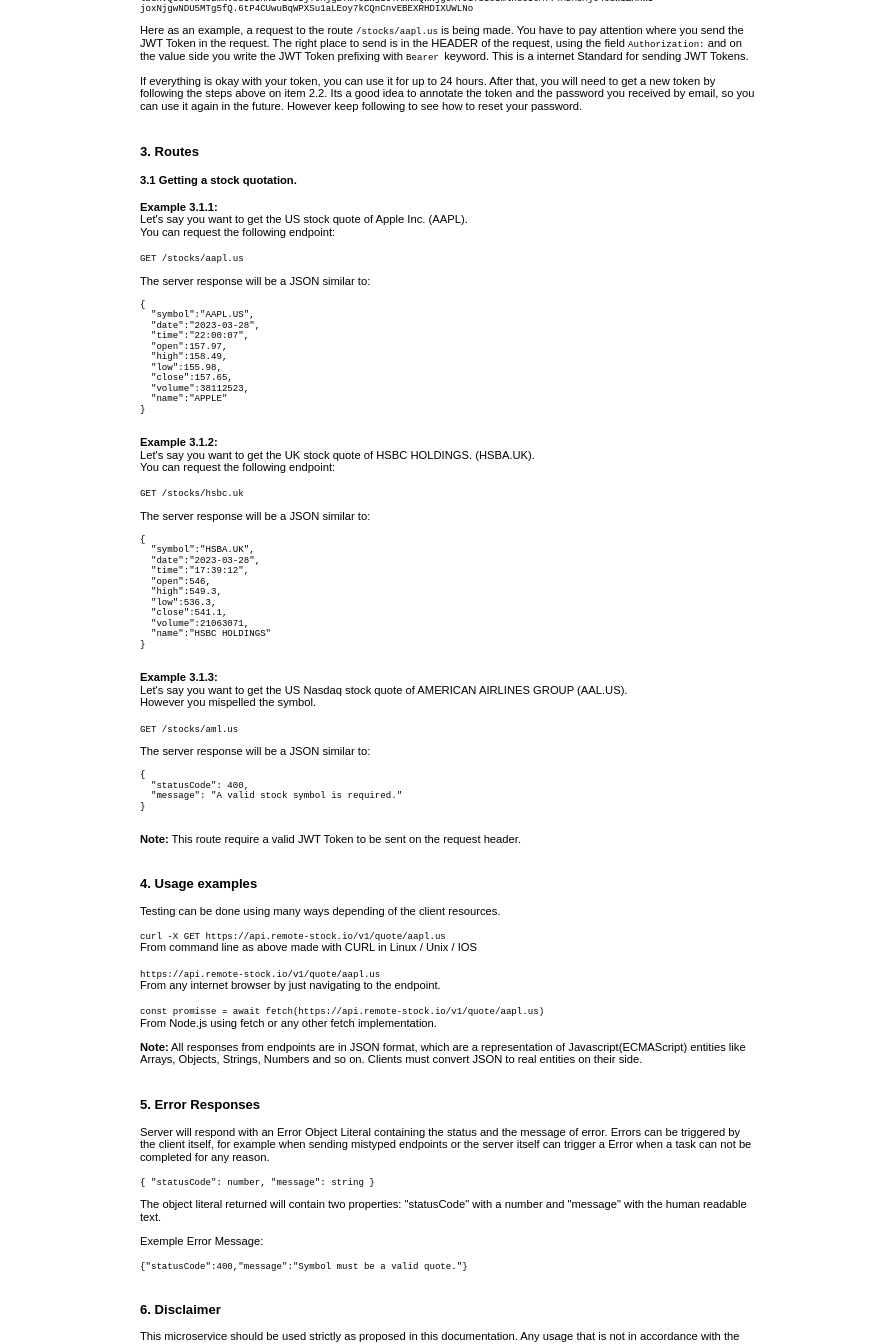
Repository: miguelamello/nest-js
Page: stock-service/documentation.html
The author's editor kept a copy of each file at every save. The page is drawn from the files as they stood at one save, then again after a run of saves.
The browser window is 1280 px wide. The pictures show the part of the page from y = 1383 to 3303 px (the page is 3418 px tall before and 3454 px after), at 70% of full size.

Above is the page before, as saved 2023-04-02 20:58:13.

After the next 4 saves:
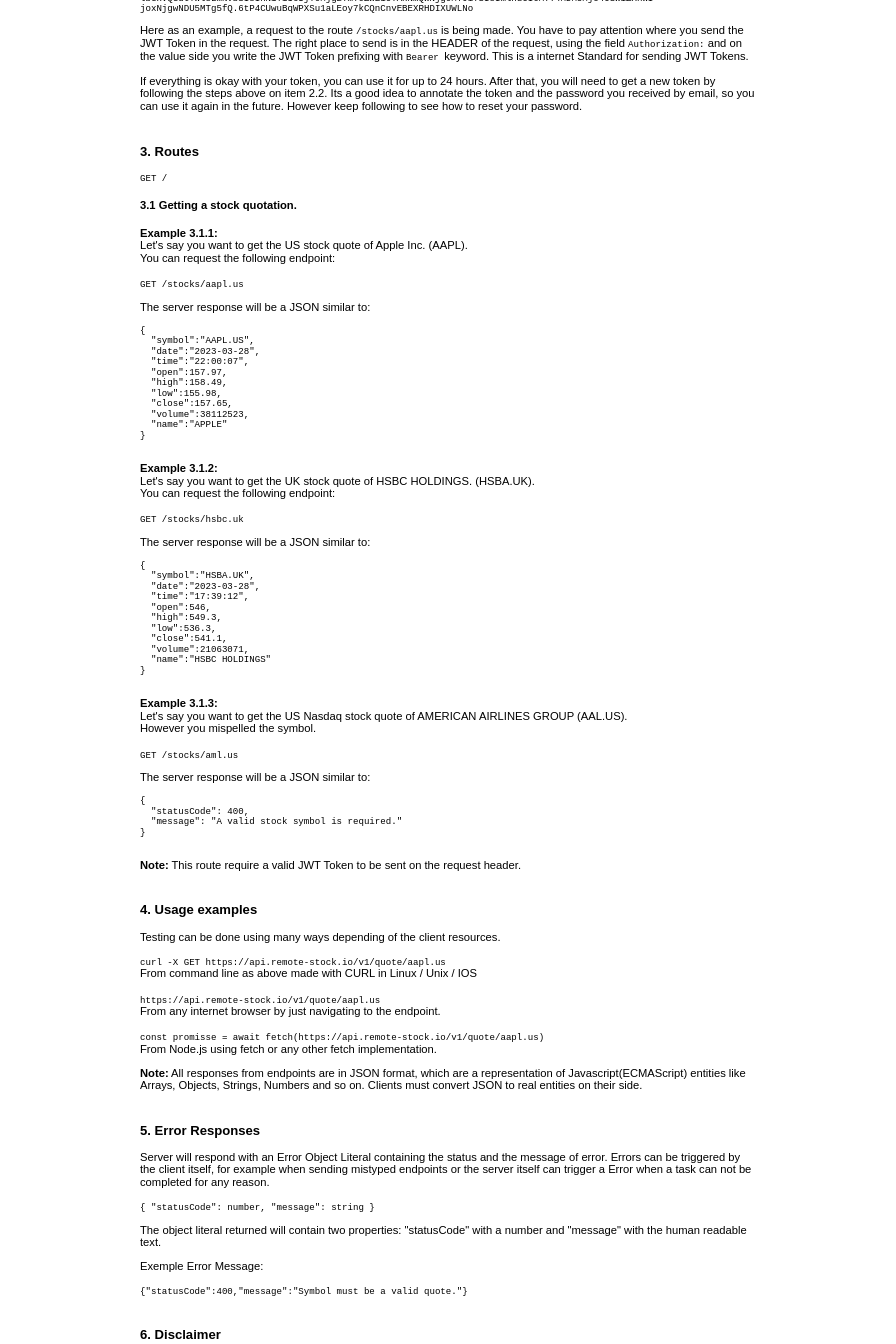
The 4 saves are shown as one change because they came seconds apart.
The last was saved 103 s later.
--- a/stock-service/documentation.html
+++ b/stock-service/documentation.html
@@ -136,6 +136,7 @@ joxNjgwNDU5MTg5fQ.6tP4CUwuBqWPXSu1aLEoy7kCQnCnvEBEXRHDIXUWLNo
 
   <h3>3. Routes</h3>
 
+  <code>GET /</code>
   <code></code>
 
   <h4>3.1 Getting a stock quotation.</h4>
